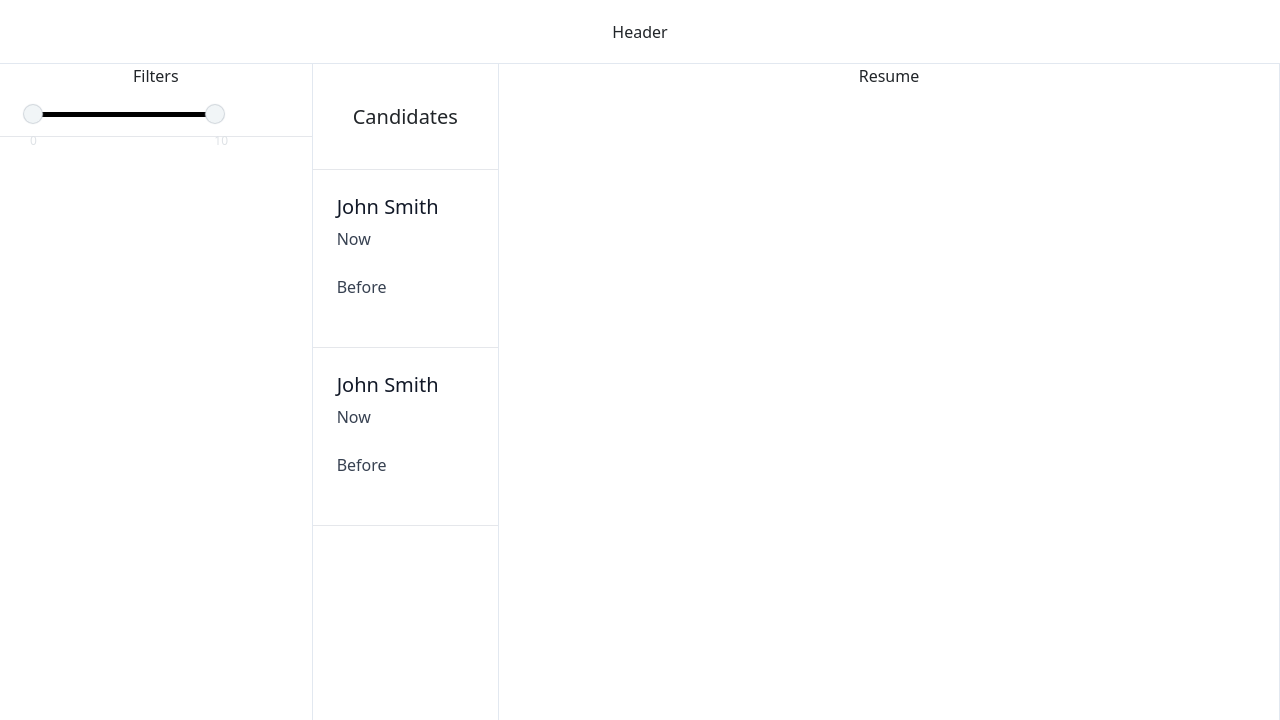
Repository: VictorJPimentel/Resume-Matcher
Page: / (app in frontend/)
The author's editor kept a copy of each file at every save. The page is drawn from the files as they stood at one save, then again after the next save.
The browser window is 1280 px wide. The pictures show the whole page.
The project was rebuilt for these pictures with package versions that can differ from the ones it lists, and the page was loaded fresh each time. Also part of the build but not shown: frontend/src/components/FileUpload.jsx.

Above is the page before, as saved 2022-08-09 21:45:09.

### frontend/src/App.jsx
import axios from "axios";
import React, { useEffect, useState } from "react";
import "./App.css";
import "bootstrap/dist/css/bootstrap.min.css";
import "../node_modules/bootstrap/dist/css/bootstrap.min.css";
import "bootstrap/dist/css/bootstrap.min.css";
import { useDropzone } from "react-dropzone";
import { Routes, Route, useLocation } from "react-router-dom";
import Home from "./pages/Home";

import FileUpload from "./components/FileUpload";

function App() {
  // const [ name, setName ] = useState("")
  // const [home, setHome] = useState("")
  const [keywords, setKey] = useState("");
  const [database, setDatabase] = useState("");

  // useEffect(() => {
  //   axios.get("http://localhost:4000/keywords").then(function (response) {
  //     setKey(response.data);
  //   });
  // });

  // useEffect(() => {
  //   axios.get("http://localhost:4000/database").then(function (response) {
  //     setDatabase(response.data);
  //   });
  // });

  // useEffect(() => {
  //   axios.get("http://localhost:4000/home").then(function(response){
  //     setHome(response.data)
  //   })
  // })

  // async function postName(e) {
  // 	e.preventDefault()
  // 	try {
  // 		await axios.post("http://localhost:4000/post_name", {
  // 			name
  // 		})
  // 	} catch (error) {
  // 		console.error(error)
  // 	}
  // }

  // /* <form onSubmit={postName}>
  //                       <input type="text" value={name} onChange={(e) => setName(e.target.value)} />
  //                       <button type="submit">Send Name</button>
  //                   </form> */

  const [files, setFiles] = useState([]);

  const { getRootProps, getInputProps } = useDropzone({
    accept: "image/*",
  });

  const images = files.map((file) => (
    <div key={file.name}>
      <div>
        <img src={file.preview} style={{ width: "200px" }} alt="preview" />
      </div>
    </div>
  ));

  return (
    <>
      <Routes>
        <Route exact path="/" element={<Home />} />
      </Routes>
    </>
  );
}

export default App;

### frontend/src/pages/Home.jsx
import React, { useState } from "react";

// import Sidebar from "../partials/Sidebar";
import Header from "../components/Header";
import Filter from "../components/Filters";
import Candidates from "../components/Candidates";
import Resume from "../components/Resume";
// import WelcomeBanner from "../partials/dashboard/WelcomeBanner";

function Home() {
  return (
    <div className="flex h-screen overflow-hidden">
      <div className="relative flex flex-col flex-1 overflow-y-auto overflow-x-hidden">
        {/*  Site header */}
        <Header />

        <main className="flex h-screen">
          <Filter />
          <Candidates />
          <Resume />
        </main>
      </div>
    </div>
  );
}

export default Home;

### frontend/src/components/Header.jsx
import React, { useState } from "react";

function Header() {
  return (
    <header className="top-0 bg-white border-b border-slate-200 z-30 w-full h-16">
      <div className="h-16 text-center content-center">Header</div>
    </header>
  );
}

export default Header;

### frontend/src/components/Filters.jsx
import React, { useState, useEffect, useRef } from "react";
import { NavLink, useLocation } from "react-router-dom";
// import MultiRangeSlider from "multi-range-slider-react";
import MultiRangeSlider from "./multiRangeSlider/MultiRangeSlider";

function Filter() {
  const [minValue, set_minValue] = useState(0);
  const [maxValue, set_maxValue] = useState(10);
  const handleInput = (e) => {
    set_minValue(e.minValue);
    set_maxValue(e.maxValue);
  };

  return (
    <div
      className="flex flex-col z-40 left-0 top-0 h-full no-scrollbar w-2/5 border-r border-slate-200
      text-center "
    >
      Filters
      <MultiRangeSlider
        min={0}
        max={10}
        onChange={({ min, max }) => console.log(`min = ${min}, max = ${max}`)}
      />
    </div>
  );
}

export default Filter;

### frontend/src/components/Candidates.jsx
import React, { useState, useEffect, useRef } from "react";

function Candidates() {
  return (
    <div
      className="flex flex-col z-40 left-0 top-0 h-full no-scrollbar w-1/5 border-r border-slate-200
      "
    >
      <div className="border-b text-xl leading-tight font-medium p-10 text-center">
        {" "}
        Candidates
      </div>
      <div class="flex border-b bg-white-100 hover:bg-gray-300">
        <div class="block p-6">
          <h5 class="text-gray-900 text-xl leading-tight font-medium">
            John Smith
          </h5>
          <p class="text-gray-700 text-base mb-4">Now</p>
          <p class="text-gray-700 text-base mb-4">Before</p>
        </div>
      </div>
      <div class="flex  bg-white border-b">
        <div class="block p-6">
          <h5 class="text-gray-900 text-xl leading-tight font-medium">
            John Smith
          </h5>
          <p class="text-gray-700 text-base mb-4">Now</p>
          <p class="text-gray-700 text-base mb-4">Before</p>
        </div>
      </div>
    </div>
  );
}

export default Candidates;

### frontend/src/components/Resume.jsx
import React, { useState, useEffect, useRef } from "react";

function Resume() {
  return (
    <div
      className="flex flex-col z-40 left-0 top-0 h-full no-scrollbar w-full border-r border-slate-200
      text-center "
    >
      Resume
    </div>
  );
}

export default Resume;

### frontend/src/components/multiRangeSlider/MultiRangeSlider.jsx
import React, { useCallback, useEffect, useState, useRef } from "react";
import PropTypes from "prop-types";
import "./multiRangeSlider.css";

const MultiRangeSlider = ({ min, max, onChange }) => {
  const [minVal, setMinVal] = useState(min);
  const [maxVal, setMaxVal] = useState(max);
  const minValRef = useRef(min);
  const maxValRef = useRef(max);
  const range = useRef(null);

  // Convert to percentage
  const getPercent = useCallback(
    (value) => Math.round(((value - min) / (max - min)) * 100),
    [min, max]
  );

  // Set width of the range to decrease from the left side
  useEffect(() => {
    const minPercent = getPercent(minVal);
    const maxPercent = getPercent(maxValRef.current);

    if (range.current) {
      range.current.style.left = `${minPercent}%`;
      range.current.style.width = `${maxPercent - minPercent}%`;
    }
  }, [minVal, getPercent]);

  // Set width of the range to decrease from the right side
  useEffect(() => {
    const minPercent = getPercent(minValRef.current);
    const maxPercent = getPercent(maxVal);

    if (range.current) {
      range.current.style.width = `${maxPercent - minPercent}%`;
    }
  }, [maxVal, getPercent]);

  // Get min and max values when their state changes
  useEffect(() => {
    onChange({ min: minVal, max: maxVal });
  }, [minVal, maxVal, onChange]);

  return (
    <div class="flex border-b bg-white-100 p-6 items-center">
      <input
        type="range"
        min={min}
        max={max}
        value={minVal}
        onChange={(event) => {
          const value = Math.min(Number(event.target.value), maxVal - 1);
          setMinVal(value);
          minValRef.current = value;
        }}
        className="thumb thumb--left"
        style={{ zIndex: minVal > max - 100 && "5" }}
      />

      <input
        type="range"
        min={min}
        max={max}
        value={maxVal}
        onChange={(event) => {
          const value = Math.max(Number(event.target.value), minVal + 1);
          setMaxVal(value);
          maxValRef.current = value;
        }}
        className="thumb thumb--right"
      />

      <div className="slider">
        <div className="slider__track" />
        <div ref={range} className="slider__range" />
        <div className="slider__left-value">{minVal}</div>
        <div className="slider__right-value">{maxVal}</div>
      </div>
    </div>
  );
};

MultiRangeSlider.propTypes = {
  min: PropTypes.number.isRequired,
  max: PropTypes.number.isRequired,
  onChange: PropTypes.func.isRequired,
};

export default MultiRangeSlider;

### frontend/src/components/multiRangeSlider/multiRangeSlider.css
.container {
  display: flex;
}

.slider {
  position: relative;
  width: 200px;
}

.slider__track,
.slider__range,
.slider__left-value,
.slider__right-value {
  position: absolute;
}

.slider__track,
.slider__range {
  border-radius: 3px;
  height: 5px;
}

.slider__track {
  background-color: #ced4da;
  width: 100%;
  z-index: 1;
}

.slider__range {
  background-color: black;
  z-index: 2;
}

.slider__left-value,
.slider__right-value {
  color: #dee2e6;
  font-size: 12px;
  margin-top: 20px;
}

.slider__left-value {
  left: 6px;
}

.slider__right-value {
  right: -4px;
}

/* Removing the default appearance */
.thumb,
.thumb::-webkit-slider-thumb {
  -webkit-appearance: none;
  -webkit-tap-highlight-color: transparent;
}

.thumb {
  pointer-events: none;
  position: absolute;
  height: 0;
  width: 200px;
  outline: none;
}

.thumb--left {
  z-index: 3;
}

.thumb--right {
  z-index: 4;
}

/* For Chrome browsers */
.thumb::-webkit-slider-thumb {
  background-color: #f1f5f7;
  border: none;
  border-radius: 50%;
  box-shadow: 0 0 1px 1px #ced4da;
  cursor: pointer;
  height: 18px;
  width: 18px;
  margin-top: 4px;
  pointer-events: all;
  position: relative;
}

/* For Firefox browsers */
.thumb::-moz-range-thumb {
  background-color: #f1f5f7;
  border: none;
  border-radius: 50%;
  box-shadow: 0 0 1px 1px #ced4da;
  cursor: pointer;
  height: 18px;
  width: 18px;
  margin-top: 4px;
  pointer-events: all;
  position: relative;
}

Loaded but not shown: frontend/public/index.html (common file); frontend/src/index.js (common file); frontend/src/index.css (common file); frontend/src/reportWebVitals.js (common file); frontend/src/App.css (common file); frontend/tailwind.config.js (common file)

After the next save:
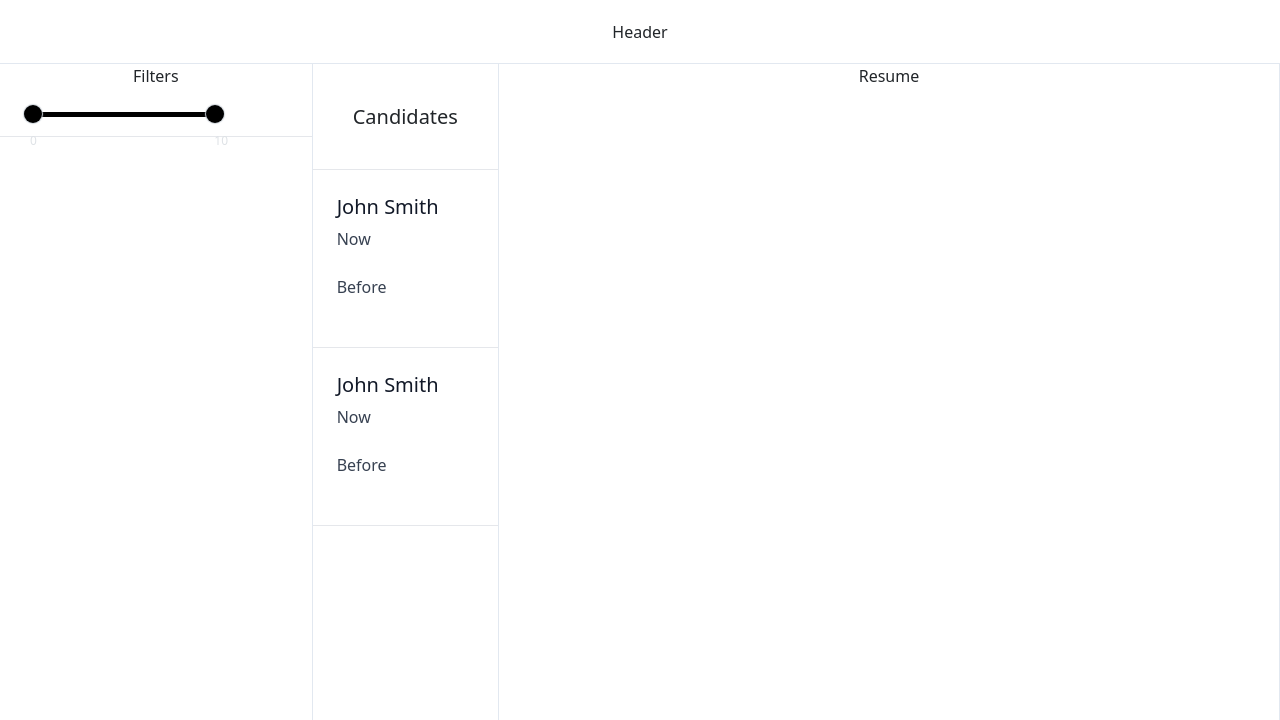
Saved 31 s later.
--- a/frontend/src/components/multiRangeSlider/multiRangeSlider.css
+++ b/frontend/src/components/multiRangeSlider/multiRangeSlider.css
@@ -71,7 +71,7 @@
 
 /* For Chrome browsers */
 .thumb::-webkit-slider-thumb {
-  background-color: #f1f5f7;
+  background-color: black;
   border: none;
   border-radius: 50%;
   box-shadow: 0 0 1px 1px #ced4da;
